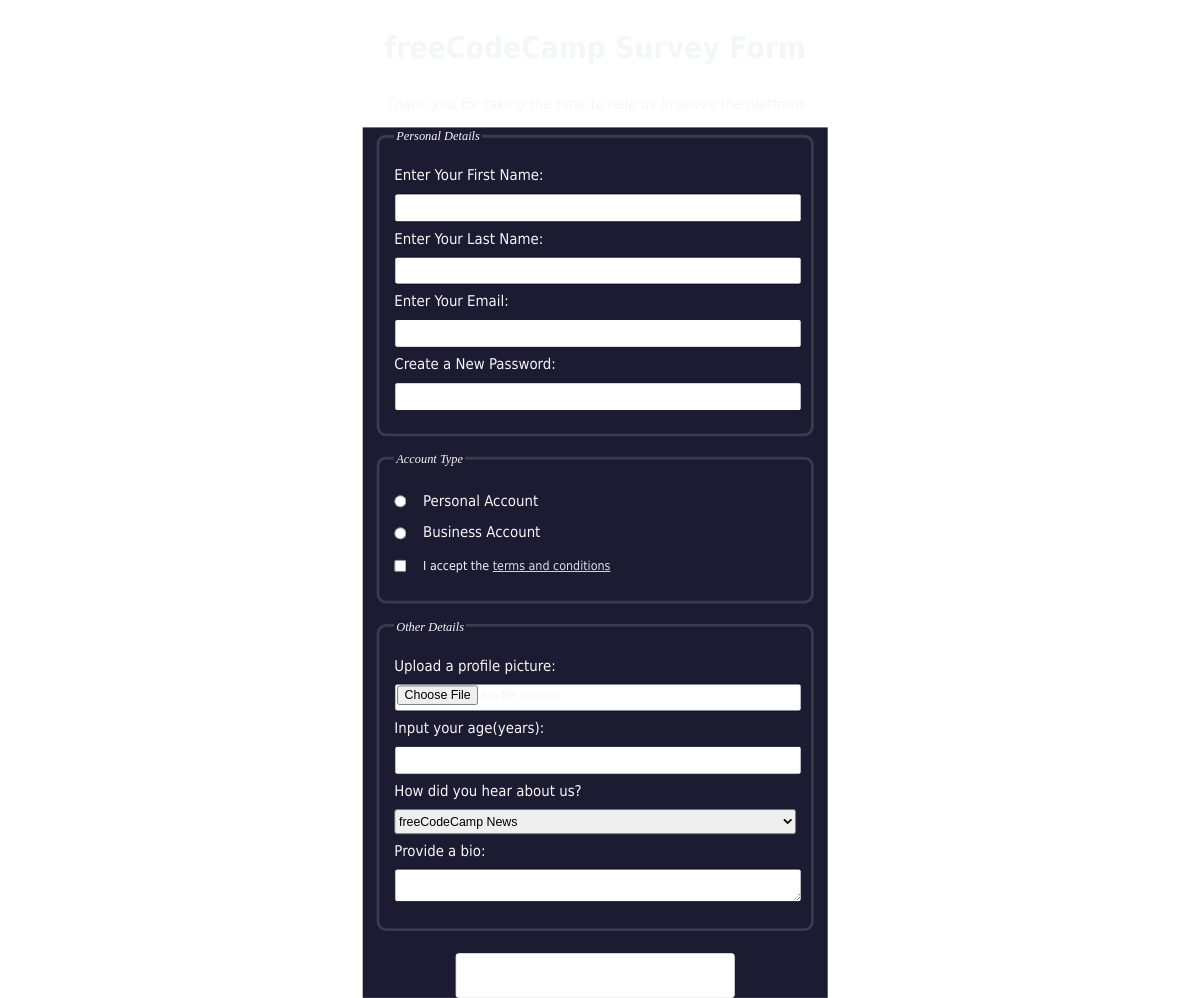
Repository: Lungdjos/survey_form_certification
Page: index.html
An editor plug-in stored every save of this project. The page is shown before and after the next save, followed by the edit.
The browser window is 1280 px wide. The pictures show the whole page, at 93% of full size.

Above is the page before, as saved 2023-09-30 02:09:08.

### index.html
<!DOCTYPE html>
<html lang="en">

<head>
    <meta charset="UTF-8">
    <meta name="viewport" content="width=device-width, initial-scale=1.0">
    <title>Survey Form</title>
    <link rel="stylesheet" href="styles.css">
</head>

<body>
    <h1>freeCodeCamp Survey Form </h1>
    <p>Thank you for taking the time to help us improve the platform</p>
    <form action="https://register-demo.freecodecamp.org" method="post">
        <fieldset>
            <legend> <small>Personal Details</small> </legend>
            <label for="first-name">Enter Your First Name: <input type="text" id="first-name" name="first-name" required> </label>
            <label for="last-name">Enter Your Last Name: <input type="text" id="last-name" name="last-name" required> </label>
            <label for="email">Enter Your Email: <input type="email" id="email" name="email" required> </label>
            <label for="new-password">Create a New Password: <input type="password" name="password" id="new-password" pattern="[A-Za-z0-9]{8,}" minlength="8" required> </label>
        </fieldset>
        <fieldset>
            <legend> <small>Account Type</small></legend>
            <label for="personal-account"> <input class="inline" type="radio" name="account-type" id="personal-account"> Personal Account</label>
            <label for="business-account"> <input class="inline" type="radio" name="account-type" id="business-account"> Business Account</label>
            <label for="terms-and-conditions"> <input class="inline" type="checkbox" name="ts-and-cs" id="terms-and-conditions" required> <small>I accept the <a href="https://www.freecodecamp.org/news/terms-of-service/">terms and conditions</a> </small> </label>
        </fieldset>
        <fieldset>
            <legend> <small>Other Details</small></legend>
            <label for="profile-pic">Upload a profile picture: <input type="file" name="profile-piture" id="profile-pic"></label>
            <label for="age">Input your age(years): <input type="number" name="age" id="age" min="13" max="100"> </label>

            <label for="referrer"> How did you hear about us?
                <select name="referrer" id="referrer">
                    <option value="">(select one)</option>
                    <option value="1" selected name="news">freeCodeCamp News</option>
                    <option value="2" name="youtube" >freeCodeCamp YouTube Channel</option>
                    <option value="3" name="forum" >freeCodeCamp Forum</option>
                    <option value="4" name="other" >Other</option>
                </select>
            </label>
            <label for="bio">Provide a bio:
                <textarea name="biography" id="bio" cols="50" rows="2" placeholder="I like coding on the beach..." >
                </textarea>
            </label>
        </fieldset>

        <input type="submit" value="Submit" name="submit" id="submit-btn">
    </form>
</body>

</html>

### styles.css
/* designs for the survey form */


/* CSS for the Registration Form */

body {
    width: 100%;
    height: 100vh;
    /* will need to set the value to */
    margin: 15px 0 15px 0;
    color: #f5f6f7;
    font-size: 16px;
    font-family: Tahoma;
}

label {
    display: block;
    margin: .5rem 0;
}

a {
    color: #dfdfe2;
}

a:hover {
    color: blanchedalmond;
    text-decoration: none;
}

a:active {
    color: #0a0a23;
}

form {}

fieldset {
    margin: 15px;
    border-radius: 10px;
    border: 3px solid #3b3b4f;
    padding: 1rem;
}


/* gets the last element and take effects */


/* fieldset:last-of-type {
    border: none;
} */

input,
textarea,
select {
    margin: 10px 0 0 0;
    width: 100%;
    border-radius: 3px;
    min-height: 2em;
}

input,
textarea {
    background-color: #fff;
    border: 1px solid #0a0a23;
    color: ##0a0a23;
    ;
}

.inline {
    width: unset;
    margin: 0 1em 0 0;
    vertical-align: middle;
}

legend {
    font-style: italic;
    font-family: 'Times New Roman', Times, serif;
}

h1,
p {
    margin: 1em auto;
    text-align: center;
}

p {
    font-style: italic;
}

form {
    /* margin: 0px 30px 0px 30px; */
    margin: 0 auto;
    max-width: 500px;
    min-width: 300px;
    width: 60vw;
    background-color: #1b1b32;
}

#submit-btn:hover {
    background-color: blanchedalmond;
    margin-bottom: 2em;
    color: #0a0a23;
    border: 4px solid #3b3b4f;
    border-radius: 8px;
}

input[name="submit"] {
    display: block;
    width: 60%;
    margin: 1em auto;
    height: 2em;
    font-size: 1.5rem;
    background-color: gre;
    color: #fff;
    border-color: white;
    min-width: 1em;
}

input[type="file"] {
    min-height: 2em;
    padding: 1px 2px;
}

After the next save:
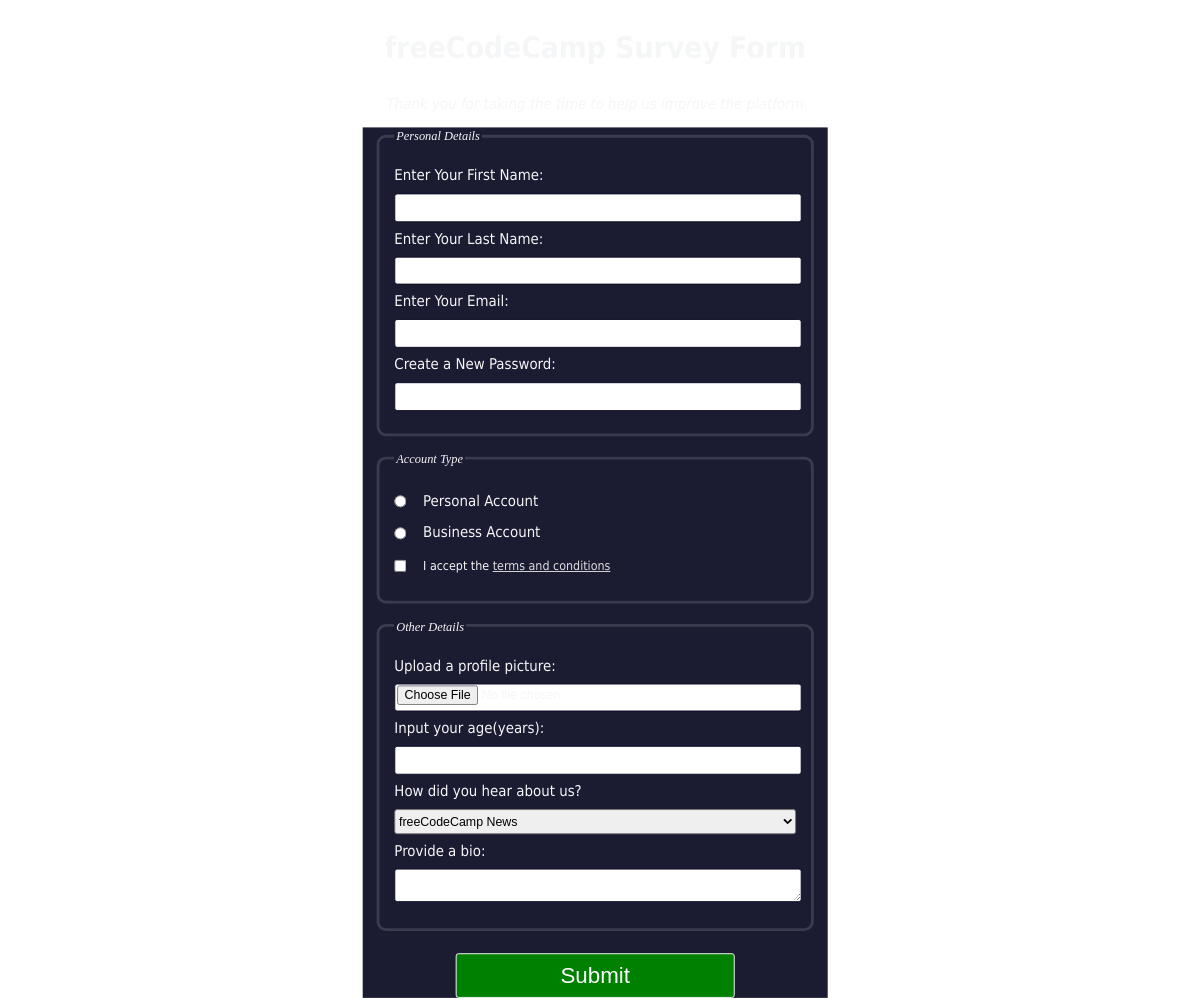
Saved 8 s later.
--- a/styles.css
+++ b/styles.css
@@ -109,7 +109,7 @@
     margin: 1em auto;
     height: 2em;
     font-size: 1.5rem;
-    background-color: gre;
+    background-color: green;
     color: #fff;
     border-color: white;
     min-width: 1em;
